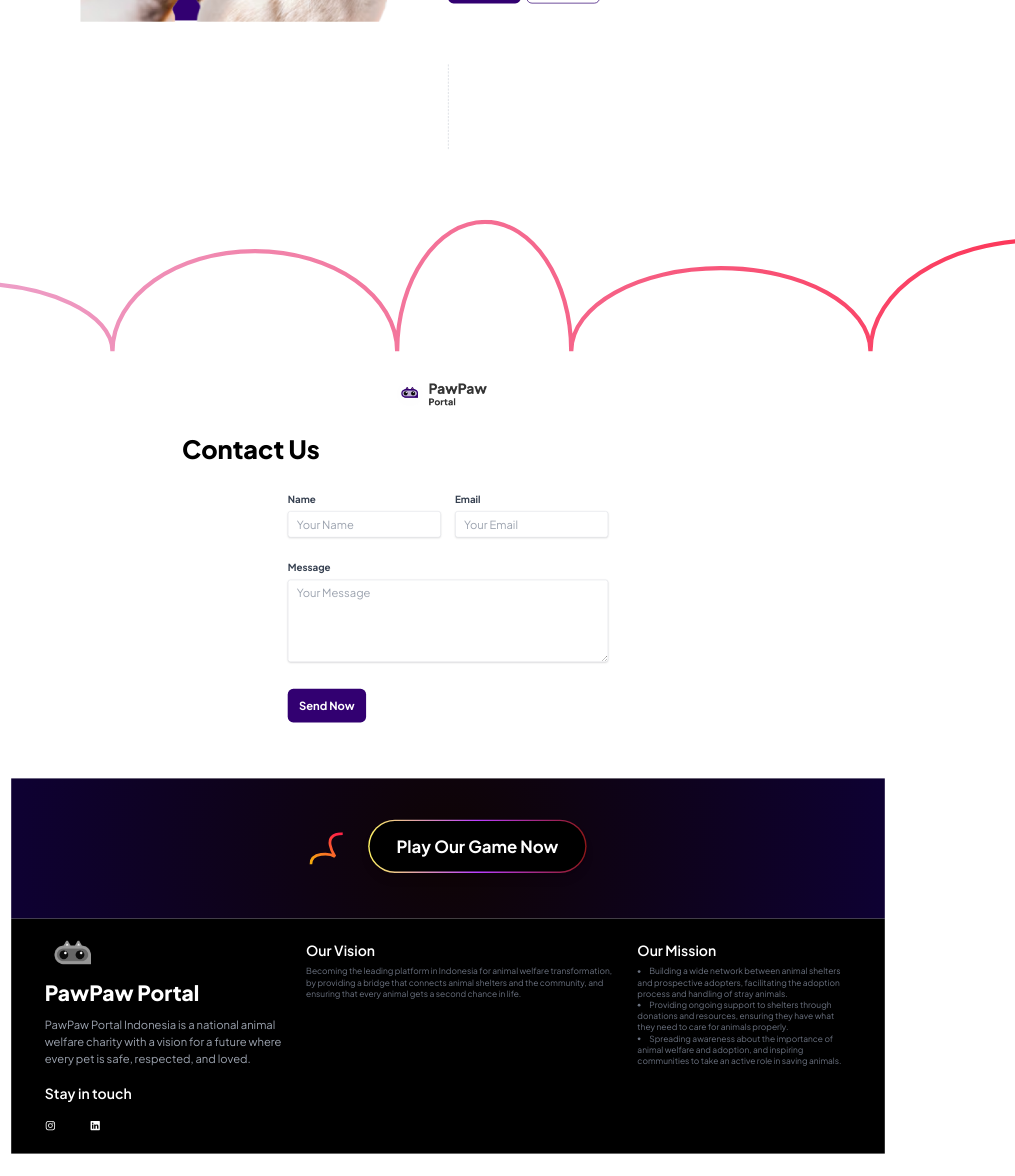
Repository: paskasiregar/pawpawwebsite
Page: /
The author's editor kept a copy of each file at every save. The page is drawn from the files as they stood at one save, then again after the next save.
The browser window is 1280 px wide. The page is 1450 px wide, so the pictures cover 1450 px, including what lies to the right of the window. The pictures show the part of the page from y = 1530 to 3210 px (the page is 3210 px tall), at 70% of full size.
The project was rebuilt for these pictures with package versions that can differ from the ones it lists, and the page was loaded fresh each time. The framework's server and built-in components were replaced by stand-ins that run in the browser. Also part of the build but not shown: next.config.js, next.config.mjs.

Above is the page before, as saved 2024-07-31 21:33:45.

### src/app/layout.js
import { Inter } from "next/font/google";
import "./globals.css";

const inter = Inter({ subsets: ["latin"] });

export const metadata = {
  title: "PawPaw Portal | Your One-Stop Shelter",
  description: "Your One-Stop Shelter",
};

export default function RootLayout({ children }) {
  return (
    <html lang="en">
      <body className={inter.className}>{children}</body>
    </html>
  );
}

### src/app/globals.css
@import url("https://fonts.googleapis.com/css2?family=Plus+Jakarta+Sans:wght@400;600;700;800&display=swap");

@tailwind base;
@tailwind components;
@tailwind utilities;

body {
  font-family: "Plus Jakarta Sans", sans-serif;
}

.hero-bg {
  display: flex;
  background: radial-gradient(
    circle,
    rgb(204, 188, 230) 10%,
    rgb(255, 255, 255) 50%
  );
}

.cta-container {
  display: flex;
  justify-content: center;
  align-items: center;
  position: relative;
  background: radial-gradient(circle, rgb(14, 4, 4) 0%, rgb(14, 1, 51) 100%);
  padding: 20px;
  gap: 20px;
  min-height: 200px;
}

.cta-button {
  display: inline-block;
  padding: 20px 40px;
  font-size: 24px;
  font-weight: bold;
  color: white;
  background: black;
  border-radius: 40px;
  position: relative;
  z-index: 1;
  overflow: hidden;
  transition: all 0.3s ease;
  text-align: center;
}

.cta-button::before {
  content: "";
  position: absolute;
  top: -2px;
  left: -2px;
  right: -2px;
  bottom: -2px;
  background: linear-gradient(
    90deg,
    rgb(255, 244, 97) 0%,
    rgb(187, 61, 255) 50%,
    rgb(142, 23, 23) 100%
  );
  z-index: -1;
  border-radius: inherit;
}

.cta-button::after {
  content: "";
  position: absolute;
  top: 2px;
  left: 2px;
  right: 2px;
  bottom: 2px;
  background: black;
  z-index: -1;
  border-radius: inherit;
}

.cta-button:hover {
  color: rgb(237, 246, 133);
  background: white;
}

.footer-bg {
  background: radial-gradient(circle, rgb(14, 4, 4) 0%, rgb(14, 1, 51) 100%);
  color: white;
  text-align: center;
  padding: 20px;
}

.centeredcontainer {
  width: 100vw;
  height: auto;
}

.main-container {
  width: 100%;
  max-width: 1200px;
  margin: 0 auto;
  padding: 0 20px;
}
.header-content {
  display: flex;
  flex-direction: row;
  align-items: center;
  justify-content: space-between;
}

.header-logo-button {
  display: flex;
  flex-direction: row;
  align-items: center;
  gap: 16px; /* Adjust spacing as needed */
}

html {
  scroll-behavior: smooth;
}

### src/components/contact.jsx
import React from "react";
import PrimaryButton from "@/components/primaryButton";
import NameInput from "./nameInput";
import EmailInput from "./emailInput";
import MessageInput from "./mesageInput";
import Image from "next/image";
import logoHeaderImage from "../assets/banner-10.png";

export const Contact = () => {
  return (
    <div className="font-plus-jakarta flex flex-col items-center justify-center py-16 px-4 md:px-[200px] gap-[40px] text-29xl">
      <div className="flex justify-start items-start">
        <svg
          width="1620"
          height="188"
          viewBox="0 0 1620 188"
          fill="none"
          xmlns="http://www.w3.org/2000/svg"
        >
          <path
            d="M1891 188C1891 100.375 1784.67 29.342 1653.5 29.342C1522.34 29.342 1413.53 100.375 1413.53 188C1413.53 122.37 1317.84 69.158 1199.78 69.158C1081.72 69.158 986.029 122.362 986.029 188C986.029 85.8274 930.825 3 862.735 3C794.645 3 737.369 85.8274 737.369 188C737.369 108.853 646.33 44.6865 534.029 44.6865C421.728 44.6865 330.689 108.853 330.689 188C330.689 134.381 239.649 90.9105 127.349 90.9105C15.0481 90.9105 -76 134.381 -76 188"
            stroke="url(#paint0_linear_545_35799)"
            strokeWidth="6"
            strokeMiterlimit="10"
            strokeLinejoin="bevel"
          />
          <defs>
            <linearGradient
              id="paint0_linear_545_35799"
              x1="-84.5283"
              y1="91.1699"
              x2="1899.52"
              y2="91.1699"
              gradientUnits="userSpaceOnUse"
            >
              <stop offset="0.0224" stopColor="#EBADD7" />
              <stop offset="1" stopColor="#FF2445" />
            </linearGradient>
          </defs>
        </svg>
      </div>
      <Image
        className="w-36 h-10 object-cover"
        alt="Logo"
        src={logoHeaderImage}
        width={120}
        height={20}
      />
      <div className="text-4xl font-extrabold  w-full">Contact Us</div>
      <form action="https://formspree.io/f/xwpeooor" method="POST">
        <div className="w-full flex flex-col items-start gap-[16px] text-base text-light-l800 font-regular-reg-2">
          <div className="w-full flex flex-col md:flex-row gap-[20px]">
            <div className="w-full md:w-1/2">
              <label
                htmlFor="name"
                className="w-full block text-sm font-medium text-gray-700"
              ></label>
              <NameInput className="w-full" id="name" name="name" type="text" />
            </div>
            <div className="w-full md:w-1/2">
              <label
                htmlFor="email"
                className="block text-sm font-medium text-gray-700"
              ></label>
              <EmailInput
                className="w-full"
                id="email"
                name="email"
                type="email"
              />
            </div>
          </div>
          <div className="w-full">
            <label
              htmlFor="message"
              className="block text-sm font-medium text-gray-700"
            ></label>
            <MessageInput className="w-full" id="message" name="message" />
          </div>
        </div>
        <div className="mt-4">
          <PrimaryButton type="submit">Send Now</PrimaryButton>
        </div>
      </form>
    </div>
  );
};

export default Contact;

### src/components/divider.jsx
export const Divider = () => {
  return (
    <div className="self-stretch h-[195px] flex flex-row items-center justify-center py-16 px-[130px] box-border">
      <div className="w-px relative box-border h-[121px] border-r-[1px] border-dashed border-gray-300" />
    </div>
  );
};

### src/components/footer.jsx
import Link from "next/link";
import React from "react";
import Image from "next/image";
import logoFooterImage from "../assets/inverse.png";

export const Footer = () => {
  return (
    <div className="font-plus-jakarta w-full flex bg-black">
      <div className="font-plus-jakarta w-full flex flex-col items-center bg-black py-8 px-4">
        <div className="max-w-6xl w-full mx-auto space-y-6">
          {/* Footer Header */}
          <div className="flex flex-col md:flex-row items-center md:items-start md:justify-between mb-6">
            <div className="space-y-4">
              <Image
                className="w-20 h-10 object-cover"
                alt="Logo"
                src={logoFooterImage}
                width={80}
                height={80}
              />
              <div className="space-y-4">
                <div className="text-white text-3xl font-extrabold">
                  PawPaw Portal
                </div>
                <p className="text-med text-gray-400">
                  PawPaw Portal Indonesia is a national animal welfare charity
                  with a vision for a future where every pet is safe, respected,
                  and loved.
                </p>
              </div>
            </div>

            {/* Vision and Mission */}
            <div className="flex flex-col md:flex-row mt-4 md:mt-0 space-y-4 md:space-y-0 md:space-x-8">
              <div className="space-y-2">
                <div className="font-semibold text-xl text-white">
                  Our Vision
                </div>
                <div className="text-xs text-gray-500">
                  Becoming the leading platform in Indonesia for animal welfare
                  transformation, by providing a bridge that connects animal
                  shelters and the community, and ensuring that every animal
                  gets a second chance in life.
                </div>
              </div>
              <div className="space-y-2">
                <div className="font-semibold text-xl text-white">
                  Our Mission
                </div>
                <div className="text-xs text-gray-500">
                  <ol className="list-inside list-disc">
                    <li>
                      Building a wide network between animal shelters and
                      prospective adopters, facilitating the adoption process
                      and handling of stray animals.
                    </li>
                    <li>
                      Providing ongoing support to shelters through donations
                      and resources, ensuring they have what they need to care
                      for animals properly.
                    </li>
                    <li>
                      Spreading awareness about the importance of animal welfare
                      and adoption, and inspiring communities to take an active
                      role in saving animals.
                    </li>
                  </ol>
                </div>
              </div>
            </div>
          </div>
          {/* social media */}
          <div className="text-xl font-semibold mb-4 text-white">
            Stay in touch
          </div>
          <div className="flex space-x-4">
            <Link href="https://www.instagram.com/pawpawportal">
              <svg
                xmlns="http://www.w3.org/2000/svg"
                width="1em"
                height="1em"
                viewBox="0 0 24 24"
              >
                <path
                  fill="white"
                  d="M17.34 5.46a1.2 1.2 0 1 0 1.2 1.2a1.2 1.2 0 0 0-1.2-1.2m4.6 2.42a7.59 7.59 0 0 0-.46-2.43a4.94 4.94 0 0 0-1.16-1.77a4.7 4.7 0 0 0-1.77-1.15a7.3 7.3 0 0 0-2.43-.47C15.06 2 14.72 2 12 2s-3.06 0-4.12.06a7.3 7.3 0 0 0-2.43.47a4.78 4.78 0 0 0-1.77 1.15a4.7 4.7 0 0 0-1.15 1.77a7.3 7.3 0 0 0-.47 2.43C2 8.94 2 9.28 2 12s0 3.06.06 4.12a7.3 7.3 0 0 0 .47 2.43a4.7 4.7 0 0 0 1.15 1.77a4.78 4.78 0 0 0 1.77 1.15a7.3 7.3 0 0 0 2.43.47C8.94 22 9.28 22 12 22s3.06 0 4.12-.06a7.3 7.3 0 0 0 2.43-.47a4.7 4.7 0 0 0 1.77-1.15a4.85 4.85 0 0 0 1.16-1.77a7.59 7.59 0 0 0 .46-2.43c0-1.06.06-1.4.06-4.12s0-3.06-.06-4.12M20.14 16a5.61 5.61 0 0 1-.34 1.86a3.06 3.06 0 0 1-.75 1.15a3.19 3.19 0 0 1-1.15.75a5.61 5.61 0 0 1-1.86.34c-1 .05-1.37.06-4 .06s-3 0-4-.06a5.73 5.73 0 0 1-1.94-.3a3.27 3.27 0 0 1-1.1-.75a3 3 0 0 1-.74-1.15a5.54 5.54 0 0 1-.4-1.9c0-1-.06-1.37-.06-4s0-3 .06-4a5.54 5.54 0 0 1 .35-1.9A3 3 0 0 1 5 5a3.14 3.14 0 0 1 1.1-.8A5.73 5.73 0 0 1 8 3.86c1 0 1.37-.06 4-.06s3 0 4 .06a5.61 5.61 0 0 1 1.86.34a3.06 3.06 0 0 1 1.19.8a3.06 3.06 0 0 1 .75 1.1a5.61 5.61 0 0 1 .34 1.9c.05 1 .06 1.37.06 4s-.01 3-.06 4M12 6.87A5.13 5.13 0 1 0 17.14 12A5.12 5.12 0 0 0 12 6.87m0 8.46A3.33 3.33 0 1 1 15.33 12A3.33 3.33 0 0 1 12 15.33"
                />
              </svg>
            </Link>
            <Link href="https://twitter.com/pawpawportal">
              <svg
                xmlns="http://www.w3.org/2000/svg"
                width="1em"
                height="1em"
                viewBox="0 0 24 24"
              >
                <g fill="white">
                  <path d="M1 2h2.5L3.5 2h-2.5z">
                    <animate
                      fill="freeze"
                      attributeName="d"
                      dur="0.4s"
                      values="M1 2h2.5L3.5 2h-2.5z;M1 2h2.5L18.5 22h-2.5z"
                    />
                  </path>
                  <path d="M5.5 2h2.5L7.2 2h-2.5z">
                    <animate
                      fill="freeze"
                      attributeName="d"
                      dur="0.4s"
                      values="M5.5 2h2.5L7.2 2h-2.5z;M5.5 2h2.5L23 22h-2.5z"
                    />
                  </path>
                  <path d="M3 2h5v0h-5z" opacity="0">
                    <set attributeName="opacity" begin="0.4s" to="1" />
                    <animate
                      fill="freeze"
                      attributeName="d"
                      begin="0.4s"
                      dur="0.4s"
                      values="M3 2h5v0h-5z;M3 2h5v2h-5z"
                    />
                  </path>
                  <path d="M16 22h5v0h-5z" opacity="0">
                    <set attributeName="opacity" begin="0.4s" to="1" />
                    <animate
                      fill="freeze"
                      attributeName="d"
                      begin="0.4s"
                      dur="0.4s"
                      values="M16 22h5v0h-5z;M16 22h5v-2h-5z"
                    />
                  </path>
                  <path d="M18.5 2h3.5L22 2h-3.5z" opacity="0">
                    <set attributeName="opacity" begin="0.5s" to="1" />
                    <animate
                      fill="freeze"
                      attributeName="d"
                      begin="0.5s"
                      dur="0.4s"
                      values="M18.5 2h3.5L22 2h-3.5z;M18.5 2h3.5L5 22h-3.5z"
                    />
                  </path>
                </g>
              </svg>
            </Link>
            <Link href="https://www.linkedin.com/company/pawpawportal">
              <svg
                xmlns="http://www.w3.org/2000/svg"
                width="1em"
                height="1em"
                viewBox="0 0 24 24"
              >
                <path
                  fill="white"
                  d="M20.47 2H3.53a1.45 1.45 0 0 0-1.47 1.43v17.14A1.45 1.45 0 0 0 3.53 22h16.94a1.45 1.45 0 0 0 1.47-1.43V3.43A1.45 1.45 0 0 0 20.47 2M8.09 18.74h-3v-9h3ZM6.59 8.48a1.56 1.56 0 1 1 0-3.12a1.57 1.57 0 1 1 0 3.12m12.32 10.26h-3v-4.83c0-1.21-.43-2-1.52-2A1.65 1.65 0 0 0 12.85 13a2 2 0 0 0-.1.73v5h-3v-9h3V11a3 3 0 0 1 2.71-1.5c2 0 3.45 1.29 3.45 4.06Z"
                />
              </svg>
            </Link>
          </div>
        </div>
      </div>
    </div>
  );
};

export default Footer;

### src/components/header.jsx
import Link from "next/link";
import PrimaryButton from "@/components/primaryButton";
import React from "react";
import Image from "next/image";
import logoHeaderImage from "../assets/banner-10.png";

export const Header = () => {
  return (
    <div className="font-plus-jakarta w-full flex flex-col items-center justify-center text-left text-gray-500">
      <div className="self-stretch bg-white flex flex-col items-center justify-center text-sm">
        <div className="w-full header-content p-2.5 box-border">
          <Link href="/">
            <Image
              className="w-36 h-10 object-cover"
              alt="Logo"
              src={logoHeaderImage}
              width={120}
              height={20}
            />
          </Link>
          <div className="hidden md:flex flex-row items-center justify-center gap-8">
            <div>
              <Link href="#how-it-works">How It Works</Link>
            </div>
            <div>
              <Link href="#about-us">About Us</Link>
            </div>
          </div>
          <div className="header-logo-button">
            <PrimaryButton>Be Our Hero Today!</PrimaryButton>
          </div>
        </div>
      </div>
    </div>
  );
};

export default Header;

### src/components/CTA.jsx
import React from "react";
import Link from "next/link";

const CTA = () => {
  return (
    <div className="cta-container font-plus-jakarta p-4 md:p-8 flex flex-col md:flex-row items-center justify-center">
      <svg
        className="cta-decoration mb-4 md:mb-0 md:mr-4"
        width="48"
        height="46"
        viewBox="0 0 48 46"
        fill="none"
        xmlns="http://www.w3.org/2000/svg"
      >
        <path
          d="M2 46C2 27.296 29.551 30.0086 36.5736 34.5625C36.5736 34.5625 14.4611 2 47.5714 2"
          stroke="url(#cta_gradient)"
          strokeWidth="3.92857"
          strokeMiterlimit="10"
          strokeLinejoin="bevel"
        />
        <defs>
          <linearGradient
            id="cta_gradient"
            x1="37.3571"
            y1="2"
            x2="7.5"
            y2="46"
            gradientUnits="userSpaceOnUse"
          >
            <stop stopColor="#FF2445" />
            <stop offset="1" stopColor="#F5AB0E" />
          </linearGradient>
        </defs>
      </svg>
      <Link href="/game">
        <div className="cta-button text-center bg-gradient-to-r from-orange-500 to-pink-500 text-white font-bold py-2 px-4 rounded-lg shadow-lg cursor-pointer">
          Play Our Game Now
        </div>
      </Link>
    </div>
  );
};

export default CTA;

### src/components/primaryButton.jsx
import React from "react";

const PrimaryButton = ({ children, onClick }) => {
  return (
    <button
      className="self-stretch  bg-inherit-320071 hover:bg-blue-700 text-white font-bold px-4 py-3 rounded-lg"
      onClick={onClick}
    >
      {children}
    </button>
  );
};

export default PrimaryButton;

### src/components/secButton.jsx
import React from "react";

const SecButton = ({ children, onClick }) => {
  return (
    <button
      className="bg-white border border-inherit-320071 text-inherit-320071 font-bold py-2 px-4 rounded-lg"
      onClick={onClick}
    >
      {children}
    </button>
  );
};

export default SecButton;

### src/components/nameInput.jsx
import React from "react";

const NameInput = ({ value, onChange }) => {
  return (
    <div className="mb-4">
      <label
        className="block text-gray-700 text-sm font-bold mb-2"
        htmlFor="name"
      >
        Name
      </label>
      <input
        id="name"
        type="text"
        value={value}
        onChange={onChange}
        className="shadow appearance-none border rounded w-full py-2 px-3 text-gray-700 leading-tight focus:outline-none focus:shadow-outline"
        placeholder="Your Name"
      />
    </div>
  );
};

export default NameInput;

### src/components/emailInput.jsx
import React from "react";

const EmailInput = ({ value, onChange }) => {
  return (
    <div className="mb-4">
      <label
        className="block text-gray-700 text-sm font-bold mb-2"
        htmlFor="email"
      >
        Email
      </label>
      <input
        id="email"
        type="email"
        value={value}
        onChange={onChange}
        className="shadow appearance-none border rounded w-full py-2 px-3 text-gray-700 leading-tight focus:outline-none focus:shadow-outline"
        placeholder="Your Email"
      />
    </div>
  );
};

export default EmailInput;

### src/components/mesageInput.jsx
import React from "react";

const MessageInput = ({ value, onChange }) => {
  return (
    <div className="mb-4">
      <label
        className="block text-gray-700 text-sm font-bold mb-2"
        htmlFor="message"
      >
        Message
      </label>
      <textarea
        id="message"
        value={value}
        onChange={onChange}
        className="shadow appearance-none border rounded w-full py-2 px-3 text-gray-700 leading-tight focus:outline-none focus:shadow-outline"
        placeholder="Your Message"
        rows="5"
      />
    </div>
  );
};

export default MessageInput;

Loaded but not shown: src/app/page.js (128 lines, source omitted); tailwind.config.js (24 lines, source omitted); src/components/hero.jsx (211 lines, source omitted)

After the next save:
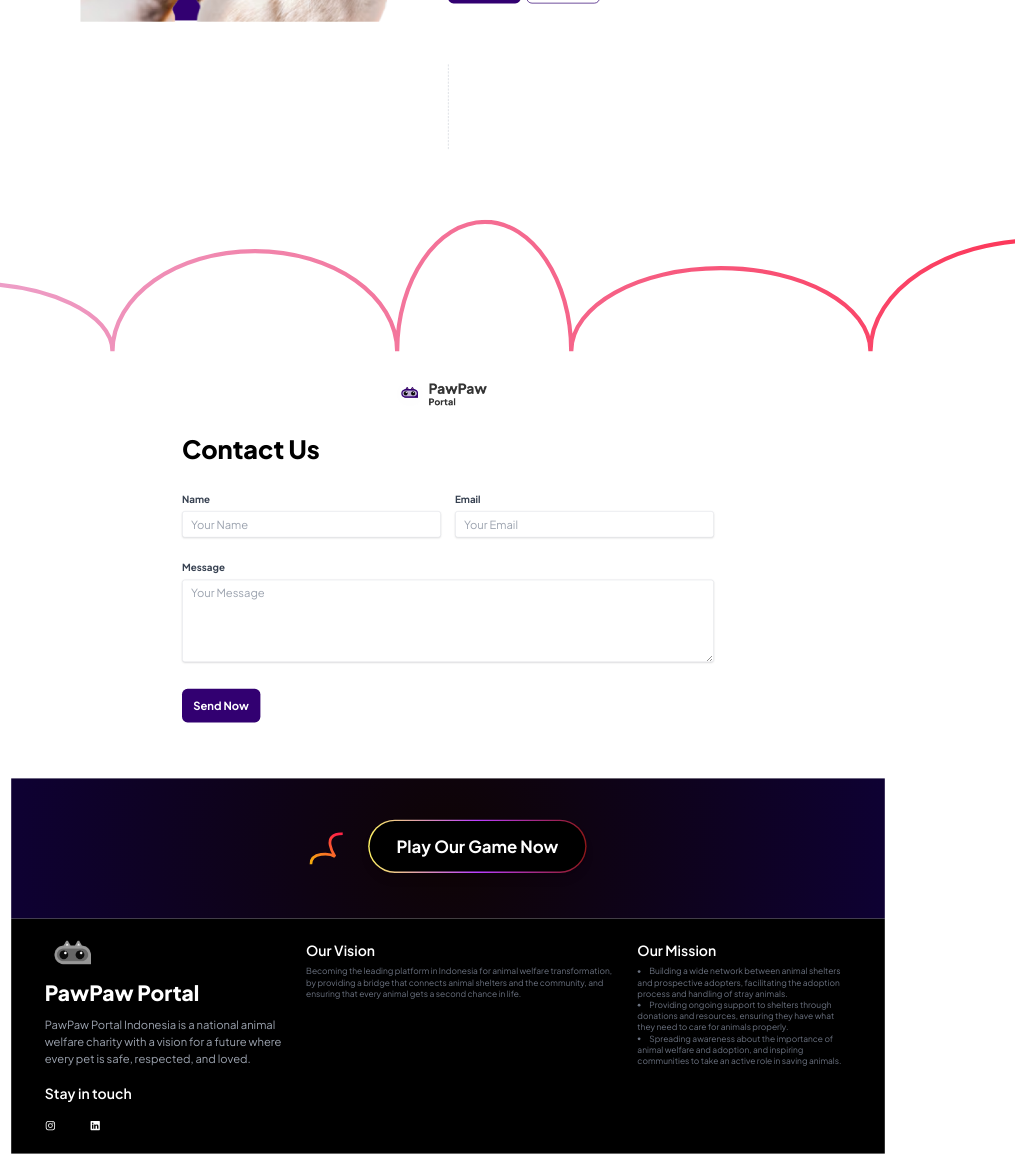
Saved 15 s later.
--- a/src/components/contact.jsx
+++ b/src/components/contact.jsx
@@ -47,7 +47,11 @@ export const Contact = () => {
         height={20}
       />
       <div className="text-4xl font-extrabold  w-full">Contact Us</div>
-      <form action="https://formspree.io/f/xwpeooor" method="POST">
+      <form
+        action="https://formspree.io/f/xwpeooor"
+        method="POST"
+        className="w-full"
+      >
         <div className="w-full flex flex-col items-start gap-[16px] text-base text-light-l800 font-regular-reg-2">
           <div className="w-full flex flex-col md:flex-row gap-[20px]">
             <div className="w-full md:w-1/2">
